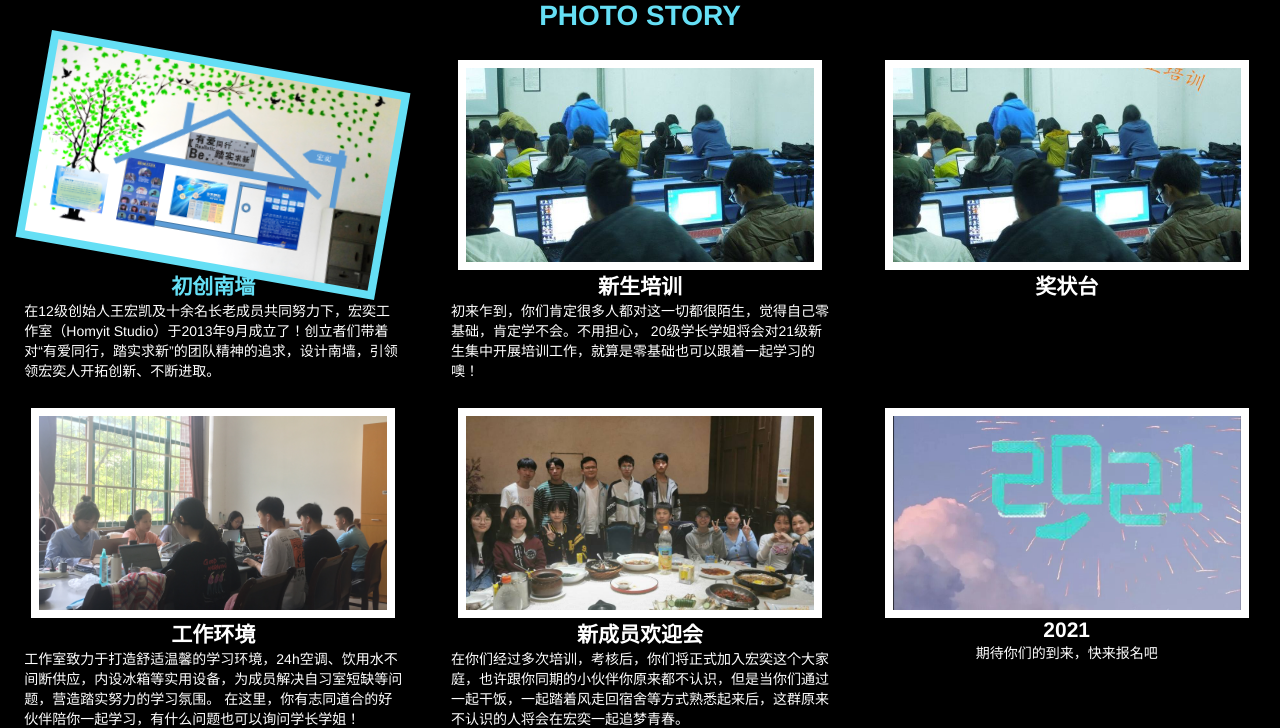
Repository: Homyit20/website
Page: /#/photo
These files come from the project's save history. The page is drawn as it stood at one moment and after the next save; the edit follows.
The browser window is 1280 px wide. The pictures show the whole page.
The project was rebuilt for these pictures with package versions that can differ from the ones it lists, and the page was loaded fresh each time. Also part of the build but not shown: vue.config.js.

Above is the page before, as saved 2021-08-10 20:00:50.

After the next save:
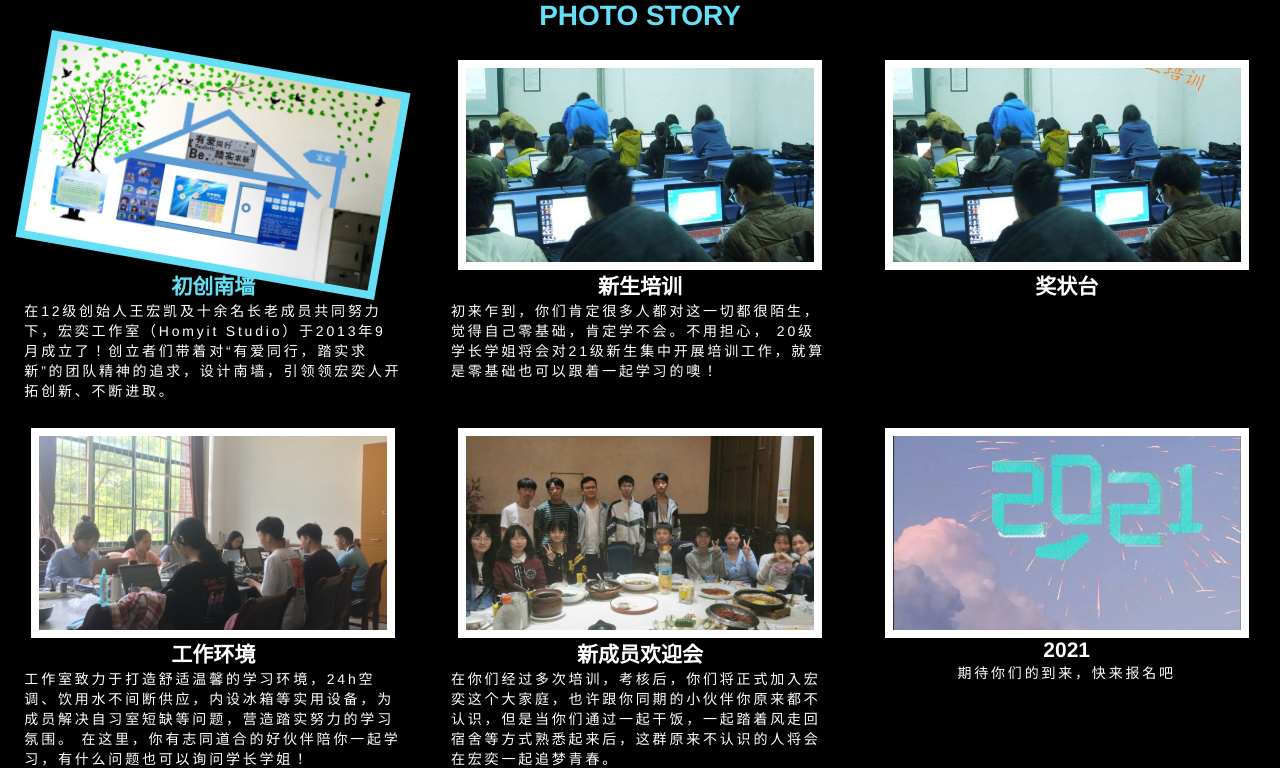
Saved 2 min 36 s later.
--- a/src/views/photo.vue
+++ b/src/views/photo.vue
@@ -91,6 +91,7 @@
 }
 .photo-content-img p{
   box-shadow: 1px 1px 3px #000;
+  letter-spacing: 0.2rem;
 }
 .photo-content-img img{
   border: 8px solid #fff;
